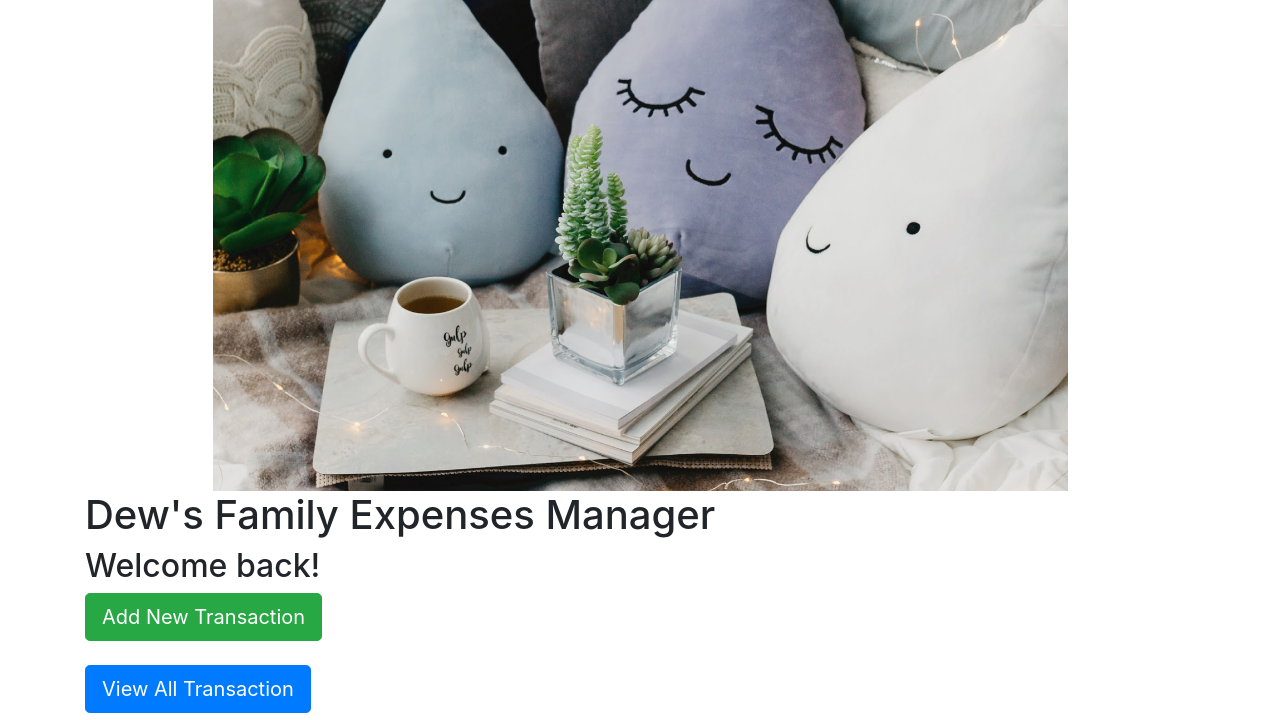
Repository: yucheng91/CI3-expenses-manager
Page: http://localhost/home
The author's editor kept a record of every edit. The page is drawn from the files as they stood at one moment, then again after the next edit.
The browser window is 1280 px wide. The pictures show the whole page.
The page is served by the project's application, run on Flask 3 (app.py).

Above is the page before.

After the next edit:
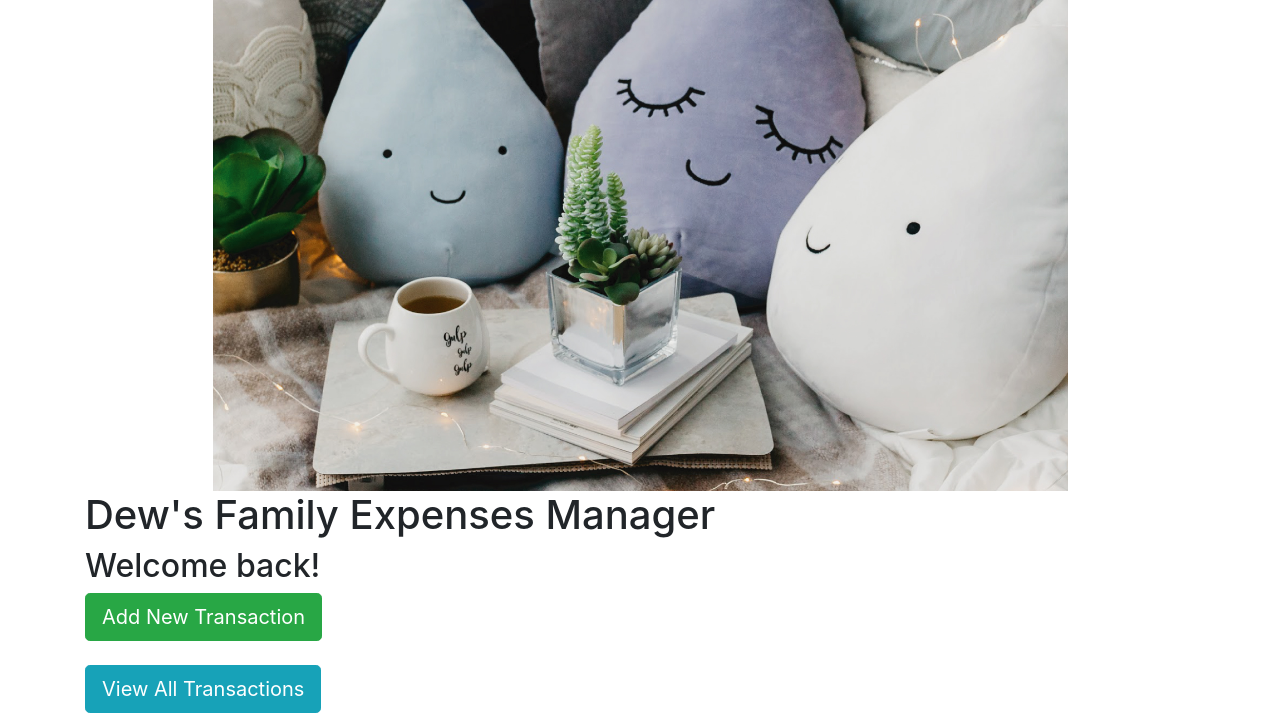
The edit:
--- a/templates/index.html
+++ b/templates/index.html
@@ -28,7 +28,7 @@
         <br>
         <div class='row'>
             <div class='col'>
-                <button type="button" class="btn btn-primary btn-lg">View All Transaction</button>
+                <button type="button" class="btn btn-info btn-lg">View All Transactions</button>
             </div>
         </div>
     </div>
